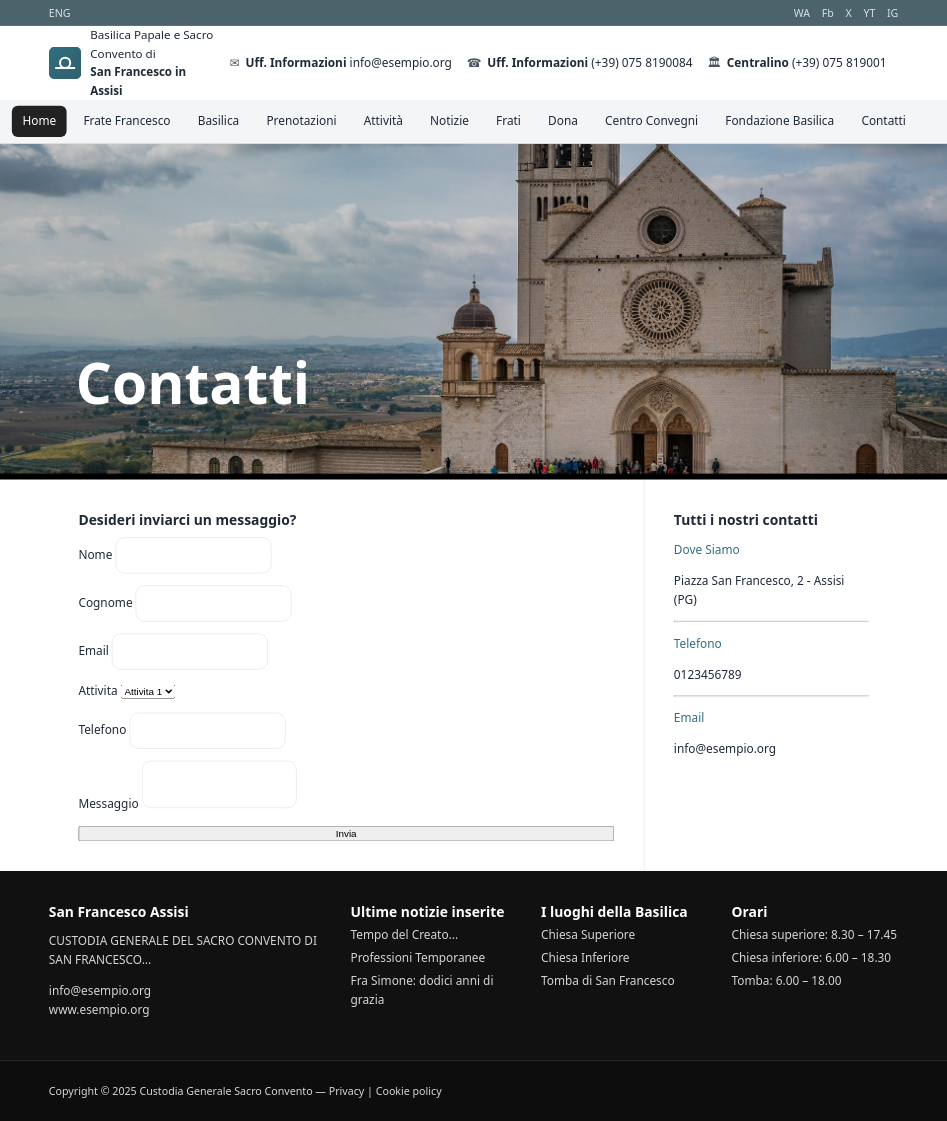
Repository: leacappello/basilica-platform-project
Page: pages/contatti.html
These files come from the project's save history. The page is drawn as it stood at one moment and after the next save; the edit follows.
The browser window is 1280 px wide. The pictures show the whole page, at 74% of full size.

Above is the page before, as saved 2025-09-17 09:49:06.
Console error (its wording comes from the project's code and is left out).

### pages/contatti.html
<!DOCTYPE html>
<html lang="it" class="no-js">

<head>
    <meta charset="utf-8" />
    <meta name="viewport" content="width=device-width, initial-scale=1" />
    <meta name="description"
        content="Basilica — Portale gemello (look & feel dimostrativo, contenuti e immagini originali)">
    <title>Basilica — Progetto gemello</title>

    <!-- Foglio di stile principale -->
    <link rel="stylesheet" href="../assets/styles.css" />

    <!-- Se JS è attivo, rimuoviamo la classe .no-js (utile per fallback menu) -->
    <script>document.documentElement.classList.remove('no-js');</script>
</head>

<body>

    <!-- ======================================================================
       TOPBAR: lingua + social (banda superiore sottile)
       ====================================================================== -->
    <div class="topbar">
        <div class="container topbar__inner">
            <div class="topbar__lang">
                <a href="#" aria-label="Versione in inglese">ENG</a>
            </div>
            <div class="topbar__social" aria-label="Social">
                <a href="#" aria-label="WhatsApp" title="WhatsApp">WA</a>
                <a href="#" aria-label="Facebook" title="Facebook">Fb</a>
                <a href="#" aria-label="X" title="X">X</a>
                <a href="#" aria-label="YouTube" title="YouTube">YT</a>
                <a href="#" aria-label="Instagram" title="Instagram">IG</a>
            </div>
        </div>
    </div>

    <!-- ======================================================================
       HEADER (masthead): logo + contatti rapidi + hamburger mobile
       Sticky con nav principale subito sotto
       ====================================================================== -->
    <header class="masthead">
        <div class="container masthead__inner">
            <!-- BRAND: logo + denominazione (il logo è decorativo; il nome è testuale) -->
            <a class="brand" href="#home" aria-label="Vai alla Home">
                <img src="images/logo.svg" alt="" class="brand__logo" aria-hidden="true" />
                <span class="brand__name">
                    Basilica Papale e Sacro Convento di<br />
                    <strong>San Francesco in Assisi</strong>
                </span>
            </a>

            <!-- CONTATTI RAPIDI: tre blocchi -->
            <ul class="masthead__contacts" aria-label="Contatti rapidi">
                <li>
                    <span class="ic" aria-hidden="true">✉</span>
                    <div>
                        <strong>Uff. Informazioni</strong>
                        <a href="mailto:info@esempio.org">info@esempio.org</a>
                    </div>
                </li>
                <li>
                    <span class="ic" aria-hidden="true">☎</span>
                    <div>
                        <strong>Uff. Informazioni</strong>
                        <a href="tel:+390758190084">(+39) 075 8190084</a>
                    </div>
                </li>
                <li>
                    <span class="ic" aria-hidden="true">🏛</span>
                    <div>
                        <strong>Centralino</strong>
                        <a href="tel:+39075819001">(+39) 075 819001</a>
                    </div>
                </li>
            </ul>

            <!-- HAMBURGER per mobile -->
            <button id="menu-button" class="menu-button" aria-controls="primary-nav" aria-expanded="false">
                <span class="sr-only">Apri/chiudi menu</span>
                <span aria-hidden="true" class="menu-icon"></span>
            </button>
        </div>

        <!-- NAV PRINCIPALE (mega-nav semplificato con sottomenù a tendina) -->
        <nav id="primary-nav" class="nav" aria-label="Navigazione principale">
            <ul class="nav__root">
                <li class="is-active"><a href="#home">Home</a></li>

                <li class="has-sub">
                    <a href="#frate">Frate Francesco</a>
                    <ul class="nav__sub">
                        <li><a href="#">Storia di un santo</a></li>
                        <li><a href="#">Scritti</a></li>
                    </ul>
                </li>

                <li class="has-sub">
                    <a href="#basilica">Basilica</a>
                    <ul class="nav__sub">
                        <li><a href="#">Chiesa superiore</a></li>
                        <li><a href="#">Chiesa inferiore</a></li>
                        <li><a href="#">Cripta</a></li>
                    </ul>
                </li>

                <li class="has-sub">
                    <a href="#prenotazioni">Prenotazioni</a>
                    <ul class="nav__sub">
                        <li><a href="#">Visite individuali</a></li>
                        <li><a href="#">Gruppi</a></li>
                    </ul>
                </li>

                <li class="has-sub">
                    <a href="#attivita">Attività</a>
                    <ul class="nav__sub">
                        <li><a href="#">Pastorale</a></li>
                        <li><a href="#">Cultura</a></li>
                    </ul>
                </li>

                <li><a href="#notizie">Notizie</a></li>

                <li class="has-sub">
                    <a href="#frati">Frati</a>
                    <ul class="nav__sub">
                        <li><a href="#">Comunità</a></li>
                    </ul>
                </li>

                <li class="has-sub">
                    <a href="#dona">Dona</a>
                    <ul class="nav__sub">
                        <li><a href="#">Come donare</a></li>
                    </ul>
                </li>

                <li><a href="#centro">Centro Convegni</a></li>
                <li><a href="#fondazione">Fondazione Basilica</a></li>
                <li><a href="#contatti">Contatti</a></li>
            </ul>
        </nav>
    </header>

    <!-- ======================================================================
       HERO: slider immagini + titolo
       ====================================================================== -->
    <div class="main-content">

        <section id="home" class="hero" aria-label="Sezione introduttiva">
            <div class="hero__slides">
                <figure class="hero__slide is-active">
                    <img src="../images/hero-1.jpg" alt="Affreschi della Basilica" loading="eager">
                    <figcaption>
                        <h1>Contatti <span class="accent">
                            </span></h1>
                    </figcaption>
                </figure>
            </div>
        </section>
       <!-- sezione contatti -->
        <section>
            <div class="container">
                <div class="container-col">
                    <!-- form contaatti -->
                    <div class="container-form">
                        <h3>Desideri inviarci un messaggio?</h3>
                        <form>
                            <!-- nome -->
                            <div>
                                <label for="nome">Nome</label>
                                <input type="text" id="nome" name="nome">
                            </div>
                            <!-- cognome -->
                            <div>
                                <label for="cognome">Cognome</label>
                                <input type="text" id="cognome" name="cognome">
                            </div>
                            <!-- email -->
                                                        <div>
                                <label for="email">Email</label>
                                <input type="email" id="email" name="email">
                            </div>
                            <!-- select con attività -->
                            <div>
                                <label for="attivita">Attivita</label>
                                <select id="attivita" name="attivita">
                                    <option value="attivita1">Attivita 1</option>
                                    <option value="attivita2">Attivita 2</option>
                                    <option value="attivita3">Attivita 3</option>
                                </select>
                            </div>
                            <!-- telefono -->
                            <div>
                                <label for="telefono">Telefono</label>
                                <input type="tel" id="telefono" name="telefono">
                            </div>
                            <div>
                                <label for="messaggio">Messaggio</label>
                                <textarea id="messaggio" name="messaggio"></textarea>
                            </div>

                            <button type="submit">Invia</button>
                        </form>
                    </div>
                    <!-- informazioni varie -->
                    <div class="container-info">
                        <h3>Tutti i nostri contatti</h3>
                        <p class="accent">Dove Siamo</p>
                        <p>Piazza San Francesco, 2 - Assisi (PG)</p>
                        <hr>
                        <p class="accent">Telefono</p>
                        <p>0123456789</p>
                        <hr>
                        <p class="accent">Email</p>
                        <p>info@esempio.org</p>
                    </div>
                </div>
            </div>
        </section>
       <!-- sezione contatti -->
    </div>


    <!-- ======================================================================
       FOOTER “mega”: 4 colonne + riga legale con anno dinamico
       ====================================================================== -->
    <footer class="site-footer" role="contentinfo">
        <div class="container footer__grid">
            <section>
                <h3 class="footer__title">San Francesco Assisi</h3>
                <p>CUSTODIA GENERALE DEL SACRO CONVENTO DI SAN FRANCESCO...</p>
                <p>
                    <a href="mailto:info@esempio.org">info@esempio.org</a><br>
                    <a href="https://www.esempio.org">www.esempio.org</a>
                </p>
            </section>

            <section>
                <h3 class="footer__title">Ultime notizie inserite</h3>
                <ul class="footer__list">
                    <li><a href="#">Tempo del Creato...</a></li>
                    <li><a href="#">Professioni Temporanee</a></li>
                    <li><a href="#">Fra Simone: dodici anni di grazia</a></li>
                </ul>
            </section>

            <section>
                <h3 class="footer__title">I luoghi della Basilica</h3>
                <ul class="footer__list">
                    <li><a href="#">Chiesa Superiore</a></li>
                    <li><a href="#">Chiesa Inferiore</a></li>
                    <li><a href="#">Tomba di San Francesco</a></li>
                </ul>
            </section>

            <section>
                <h3 class="footer__title">Orari</h3>
                <ul class="footer__list">
                    <li>Chiesa superiore: 8.30 – 17.45</li>
                    <li>Chiesa inferiore: 6.00 – 18.30</li>
                    <li>Tomba: 6.00 – 18.00</li>
                </ul>
            </section>
        </div>

        <div class="footer__legal">
            <div class="container">
                <p>Copyright © <span id="year"></span> Custodia Generale Sacro Convento — <a href="#">Privacy</a> | <a
                        href="#">Cookie policy</a></p>
            </div>
        </div>
    </footer>

    <!-- Script frontend: toggle menu, slider, evidenziazione link, anno -->
    <script src="../assets/script.js"></script>
</body>

</html>

### assets/styles.css
/* ==========================================================================
   STILE PRINCIPALE — Basilica Twin (frontend fedele, leggero, accessibile)
   - Palette teal/slate ispirata
   - Layout con Grid/Flex, breakpoint tablet/mobile
   - Componenti: topbar, masthead, nav con sottomenù, hero+cards, eventi,
                 cards notizie, stats overlay, footer mega
   ========================================================================== */

/* ============== Token / Reset ============== */
:root{
  --bg:#ffffff; --fg:#1f2937; --muted:#6b7280;
  --brand:#3b5961;
  --brand-700:#2f474e;
  --accent:#315f6b;
  --surface:#f5f7f9;
  --border:#e5e7eb;

  --container:1180px;
  --radius:12px;
  --shadow:0 8px 24px rgba(0,0,0,.12);

  --space-2:.5rem; --space-3:.75rem; --space-4:1rem;
  --space-6:1.5rem; --space-8:2rem; --space-10:2.5rem;

  --fs-sm:.9rem; --fs-base:1rem; --fs-lg:1.125rem;
  --fs-xl:1.5rem; --fs-2xl:2rem; --lh:1.6;

  --header-h:64px;
}

*{box-sizing:border-box}
html,body{margin:0}
body{
  font:400 var(--fs-base)/var(--lh) ui-sans-serif,system-ui,-apple-system,"Segoe UI",Roboto,Arial;
  color:var(--fg); background:var(--bg);
}
h1,h2,h3{margin:.25rem 0 var(--space-3); line-height:1.2}
h1{font-size:clamp(2rem,5vw,3rem)}
h2{font-size:clamp(1.5rem,3.5vw,2.25rem)}
a{color:inherit; text-decoration:none}
a:hover{text-decoration:underline}
.muted{color:var(--muted)}
.accent{color:#2f6f80}

.container{max-width:var(--container);margin-inline:auto;padding-inline:var(--space-4)}
.section{padding-block:var(--space-10)}
.sr-only{position:absolute;width:1px;height:1px;overflow:hidden;clip:rect(0,0,0,0);white-space:nowrap}

/* ============== Topbar ============== */
.topbar{background:#4b636b;color:#e6eef1;font-size:var(--fs-sm)}
.topbar__inner{display:flex;justify-content:space-between;align-items:center;padding-block:6px}
.topbar a{color:#e6eef1;opacity:.9}
.topbar a:hover{opacity:1}
.topbar__social a{margin-left:12px}

/* ============== Masthead (logo+contatti+hamburger) ============== */
.masthead{background:#fff;border-bottom:1px solid var(--border);position:sticky;top:0;z-index:30}
.masthead__inner{
  display:grid;grid-template-columns:1fr auto auto;gap:1rem;align-items:center;min-height:var(--header-h)
}
.brand{display:flex;align-items:center;gap:.75rem;text-decoration:none}
.brand__logo{width:44px;height:44px;object-fit:contain}
.brand__name{font-size:.98rem}
.masthead__contacts{list-style:none;display:flex;gap:1.25rem;margin:0;padding:0}
.masthead__contacts li{display:flex;gap:.5rem;align-items:center}
.ic{font-style:normal;opacity:.8}

/* Hamburger (mobile only) */
.menu-button{display:none;background:transparent;border:0;cursor:pointer}
.menu-icon{width:24px;height:2px;background:var(--fg);display:inline-block;position:relative}
.menu-icon::before,.menu-icon::after{content:"";position:absolute;left:0;width:24px;height:2px;background:var(--fg)}
.menu-icon::before{top:-6px}.menu-icon::after{top:6px}

/* ============== Nav (root + submenu) ============== */
.nav{background:#f3f5f6}
.nav__root{display:flex;gap:.5rem;list-style:none;margin:0;padding:.5rem var(--space-4)}
.nav__root>li>a{display:block;padding:.5rem .9rem;border-radius:8px}
.nav__root>li.is-active>a{background:#222;color:#fff}
.nav a[aria-current="page"]{background:#222;color:#fff;border-radius:8px}

/* Sottomenù desktop (hover) */
.has-sub{position:relative}
.has-sub>.nav__sub{
  display:none;position:absolute;left:0;top:calc(100% + 6px);
  min-width:240px;background:#fff;border:1px solid var(--border);
  border-radius:10px;box-shadow:var(--shadow);padding:.5rem
}
.has-sub:hover>.nav__sub{display:block}
.nav__sub{list-style:none;margin:0}
.nav__sub a{display:block;padding:.5rem .75rem;border-radius:6px}
.nav__sub a:hover{background:#f7f7f9}

/* ============== Hero (slider + overlay cards) ============== */
.hero{position:relative;background:#000;color:#fff}
.hero__slides{position:relative;overflow:hidden}
.hero__slide{display:none;margin:0}
.hero__slide.is-active{display:block}
.hero__slide img{width:100%;height:62vh;min-height:420px;object-fit:cover;opacity:.9}
.hero__slide figcaption{position:absolute;left:8%;bottom:16%;max-width:700px}
.hero__slide h1{font-size:clamp(2.5rem,6vw,5rem);font-weight:600}
.pill{
  display:inline-block;margin-top:.75rem;padding:.45rem .9rem;
  background:rgba(255,255,255,.18);border-radius:999px;color:#e9f1f3;font-size:1.25rem
}

/* Controlli slider */
.hero__ctrl{
  position:absolute;top:50%;transform:translateY(-50%);
  background:rgba(0,0,0,.35);color:#fff;border:0;border-radius:999px;
  width:40px;height:40px;cursor:pointer
}
.hero__ctrl.prev{left:14px}
.hero__ctrl.next{right:14px}

/* Overlay 4 card */
.hero__overlay{position:relative}
.hero__cards{
  display:grid;grid-template-columns:repeat(4,1fr);gap:1rem;margin-top:-70px
}
.card{
  background:#526e76;color:#ecf1f3;padding:1.1rem;border-radius:14px;box-shadow:var(--shadow)
}
.card h3{margin:.1rem 0 .35rem}
.card .btn{margin-top:.5rem}

/* ============== Buttons ============== */
.btn{
  display:inline-block;font-weight:600;border:0;border-radius:10px;
  padding:.65rem 1rem;cursor:pointer;text-decoration:none
}
.btn--primary{background:var(--brand);color:#fff}
.btn--primary:hover{background:var(--brand-700)}
.btn--ghost{background:transparent;color:#fff;border:1px solid rgba(255,255,255,.7)}
.btn--ghost:hover{background:rgba(255,255,255,.12)}

/* ============== Eventi a 2 colonne ============== */
.grid-2{display:grid;grid-template-columns:2fr 1.2fr;gap:2rem}
.eyebrow{color:var(--muted);letter-spacing:.06em;text-transform:uppercase;font-size:.85rem}
.media img{width:100%;border-radius:12px}

.events{list-style:none;margin:0;padding:0;display:grid;gap:1rem}
.events li{
  display:grid;grid-template-columns:70px 1fr;gap:1rem;align-items:start;
  border-bottom:1px solid var(--border);padding-bottom:1rem
}
.date{
  width:70px;background:#315f6b;color:#fff;border-radius:8px;
  display:grid;place-items:center;padding:.35rem 0
}
.date span{font-size:1.4rem;font-weight:700;line-height:1}
.date small{opacity:.8}

/* ============== Cards 3 (notizie/progetti) ============== */
.cards-3{display:grid;grid-template-columns:repeat(3,1fr);gap:1.2rem}
.post{
  background:#fff;border:1px solid var(--border);border-radius:12px;
  overflow:hidden;display:flex;flex-direction:column
}
.post img{width:100%;aspect-ratio:16/9;object-fit:cover}
.post__body{padding:1rem;display:grid;gap:.5rem}
.badge{
  display:inline-flex;align-items:center;gap:.5rem;background:#e6eef1;
  border-radius:8px;padding:.25rem .5rem;color:#2f4f59;font-weight:700
}
.post__title{font-weight:700;text-decoration:none}
.readmore{font-weight:600;color:var(--accent);text-decoration:none}

/* ============== Stats (background con overlay scuro fisso) ============== */
.stats{
  background:url('../images/hero-1.jpg') center/cover no-repeat fixed;
  position:relative;color:#e9eef1
}
.stats::before{content:"";position:absolute;inset:0;background:rgba(22,32,41,.65)}
.stats__grid{
  position:relative;display:grid;grid-template-columns:repeat(4,1fr);
  gap:2rem;padding-block:3rem
}
.stats__grid .n{font-size:2.25rem;font-weight:800}

/* ============== Footer “mega” ============== */
.site-footer{background:#111;color:#d6d6d6}
.footer__grid{display:grid;grid-template-columns:2fr 1.2fr 1.2fr 1.2fr;gap:2rem;padding-block:2.5rem}
.footer__title{color:#fff;margin-bottom:.5rem}
.footer__list{list-style:none;margin:0;padding:0;display:grid;gap:.35rem}
.footer__legal{border-top:1px solid #333;background:#0d0d0d;font-size:.9rem}
.footer__legal .container{padding-block:.9rem}
.center{text-align:center}
.mt-4{margin-top:var(--space-4)}

/* ============== Responsive ============== */
@media (max-width: 1024px){
  .masthead__inner{grid-template-columns:1fr auto auto}
  .hero__cards{grid-template-columns:repeat(2,1fr);margin-top:-50px}
  .grid-2{grid-template-columns:1fr}
  .cards-3{grid-template-columns:1fr 1fr}
}
@media (max-width: 768px){
  .masthead__contacts{display:none}
  .menu-button{display:inline-block}
  .nav{display:none}
  .nav[data-open="true"]{display:block}
  .nav__root{flex-direction:column}
  .hero__cards{grid-template-columns:1fr;margin-top:-30px}
  .cards-3{grid-template-columns:1fr}
  .stats__grid{grid-template-columns:1fr 1fr}
}
@media (max-width: 480px){
  .stats__grid{grid-template-columns:1fr}
}

/* ============== No-JS fallback ============== */
.no-js .nav{display:block}

/* ============== Tabella Orari ============== */
.tabella-orari{
  width:100%;
  border-collapse:collapse;
}
.orari th,.orari td{
  padding:.5rem;
  border-bottom:1px solid var(--border);
  text-align: left;
}

.titolo-orari{
  margin-top: 30px; font-size: 1.5rem;
  margin-bottom:.5rem;
  border-bottom:1px solid var(--border);
  padding-bottom:.5rem
}
/* ============== Tabella Orari ============== */


/* ============== contatti ============== */
.container-col{
  display:flex;
}
.container-form{
  width: 70%;
  padding: var(--space-10);
}
.container-info{
  width: 30%;
  padding: var(--space-10);
  border-left: 1px solid var(--border);
}

form{
  display:flex;
  flex-direction: column;
  gap: var(--space-4);
}

input, textarea{
  padding: var(--space-4);
  border-radius: var(--radius);
  border: 1px solid var(--border);
  resize: none;
}

input[type="submit"]{
  background-color: var(--accent);
  color: #fff;
  cursor: pointer;
}

.label{
  display: block;
  font-weight: 600;
  margin-bottom: var(--space-2);
  }

/* ============== contatti ============== */

Loaded but not shown: assets/script.js (113 lines, source omitted)

After the next save:
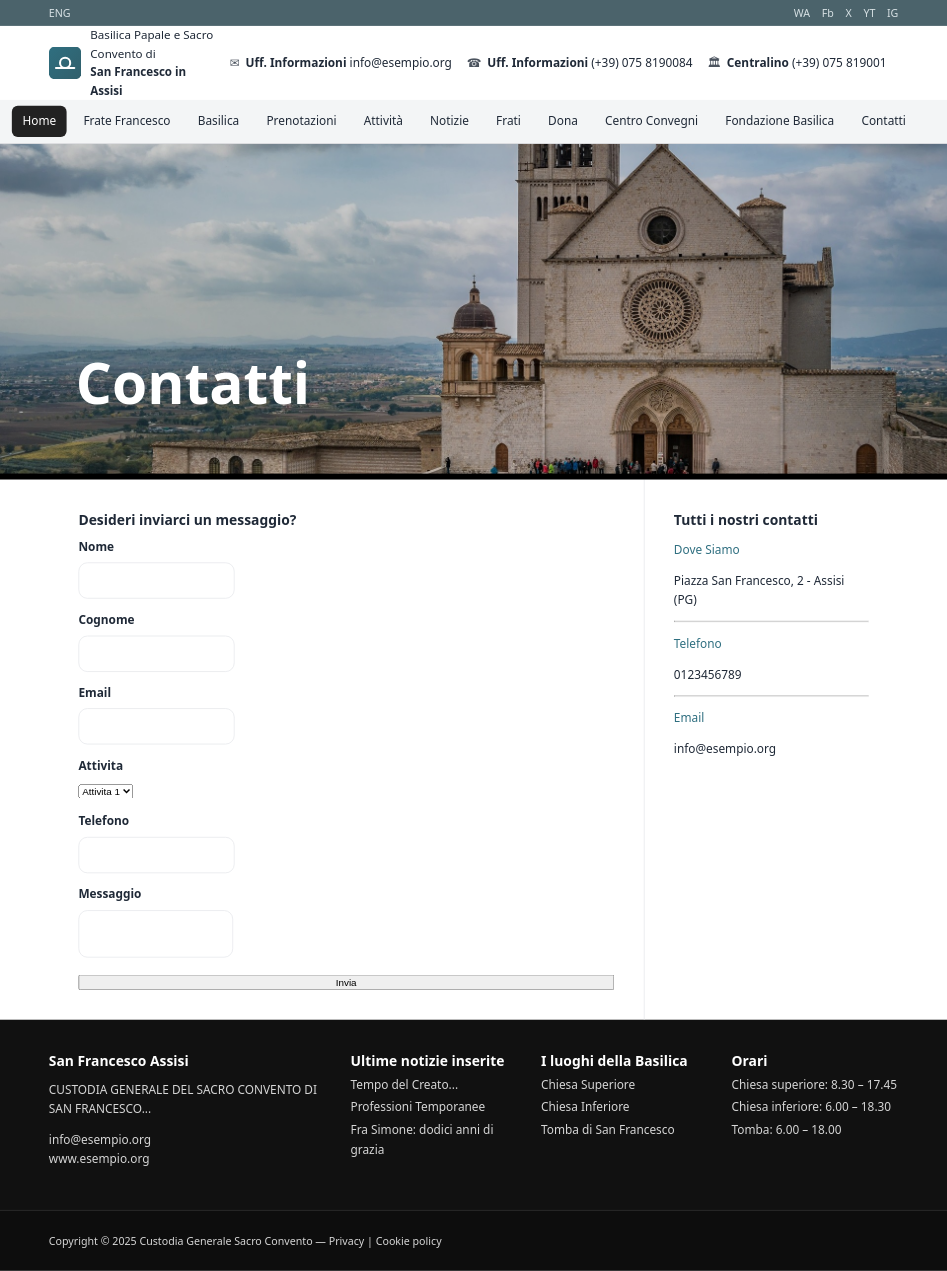
Saved 4 s later.
--- a/assets/styles.css
+++ b/assets/styles.css
@@ -264,7 +264,7 @@ input[type="submit"]{
   cursor: pointer;
 }
 
-.label{
+label{
   display: block;
   font-weight: 600;
   margin-bottom: var(--space-2);
